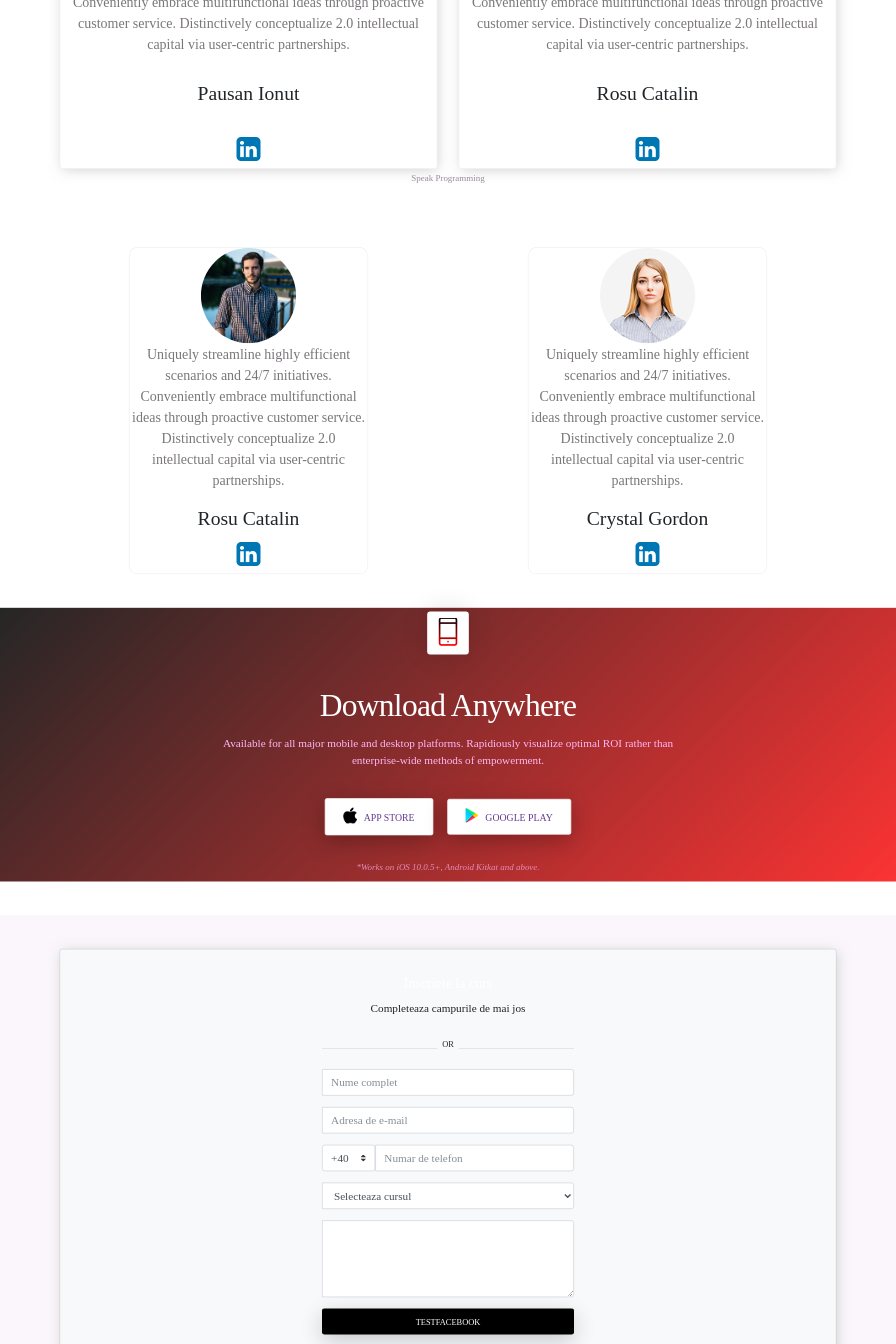
Repository: RosuCatalinDorin/ITSchool
Page: home-page/index.html
An editor plug-in stored every save of this project. The page is shown before and after the next save, followed by the edit.
The browser window is 1280 px wide. The pictures show the part of the page from y = 1705 to 3625 px (the page is 4116 px tall before and 3537 px after), at 70% of full size.
Some web libraries are served in a nearby version.

Above is the page before, as saved 2019-03-13 18:36:04.

### home-page/index.html
<!doctype html>
<html lang="en">


<head>
    <title>Speak Programming</title>
    <!-- Required meta tags -->
    <meta charset="utf-8">
    <meta name="viewport" content="width=device-width, initial-scale=1, shrink-to-fit=no">
    <meta name="description" content="Mobland - Mobile App Landing Page Template">
    <meta name="keywords" content="HTML5, bootstrap, mobile, app, landing, ios, android, responsive">
    <!-- Font -->

    <link rel="dns-prefetch" href="//fonts.googleapis.com">
     <!-- Bootstrap CSS -->
    <link rel="stylesheet" href="../css/bootstrap.min.css">
    <!-- Themify Icons -->
    <link rel="stylesheet" href="../css/themify-icons.css">
    <!-- Owl carousel -->
    <link rel="stylesheet" href="../css/owl.carousel.min.css">
    <link rel="stylesheet" href="../css/teamStyle.css">
    <link rel="stylesheet" href="../detaliiCurs/css/detalii-curs.css">
    <link rel="stylesheet" href="./home.css">



    <link rel="stylesheet" href="https://maxcdn.bootstrapcdn.com/font-awesome/4.5.0/css/font-awesome.min.css">

    <!-- Main css -->
    <link href="../css/style.css" rel="stylesheet">
    <link rel="shortcut icon" href="../images/partea_de_susLogo.png"/>
    <!-- jQuery and Bootstrap -->
    <script src="../js/jquery-3.2.1.min.js"></script>
    <script src="../js/bootstrap.bundle.min.js"></script>
    <!-- Plugins JS -->
    <script src="../js/owl.carousel.min.js"></script>
    <!-- Custom JS -->
    <script src="../js/script.js"></script>
    <script src="../js/fbLogin.js"></script>

</head>

<body data-spy="scroll" data-target="#navbar" data-offset="30">

    <!-- NAV BAR START-->
    <div class="nav-menu fixed-top">
        <div class="container">
            <div class="row">
                <div class="col-md-12">
                    <nav class="navbar navbar-dark navbar-expand-lg">
                        <a class="navbar-brand" href="index.html"><img src="../images/partea_de_susLogo.png" height="43" width="43" class="img-fluid" alt="logo"></a> <button class="navbar-toggler" type="button" data-toggle="collapse" data-target="#navbar" aria-controls="navbar" aria-expanded="false" aria-label="Toggle navigation"> <span class="navbar-toggler-icon"></span> </button>
                        <div class="collapse navbar-collapse" id="navbar">
                            <ul class="navbar-nav ml-auto">
                                <li class="nav-item"> <a class="nav-link active" href="#home">HOME <span class="sr-only">(current)</span></a> </li>
                                <li class="nav-item"> <a class="nav-link" href="#cursuri">CURSURI</a> </li>
                                <li class="nav-item"> <a class="nav-link" href="#aboutUS">DESPRE NOI</a> </li>
                                <li class="nav-item"> <a class="nav-link" href="#contact">CONTACT</a> </li>
                            </ul>
                        </div>
                    </nav>
                </div>
              </div>
         </div>
    </div>
<!-- NAV BAR END -->
    <!-- START HEADER -->
    <header  id="home">
        <div class="container mt-5">
            <h1 class="textClass"> Mesaj 1 (eu zic moto)</h1>
        </div>
        <div class="img-holder mt-3"><img src="../images/logo_partea_deJos.png" alt="phone" class="img-fluid">
            <p class="textClass">Mesaj 2 De ce am creat asta? O intrebare de genu</p>
        </div>
    </header>

    <!-- END HEADER -->

<!-- SECTIUNE CURSURI START -->
    <div class="section" id="cursuri">
        <div class="container">
            <div class="section-title">
                <small>Speak Programming</small>
                <h3>Cursuri</h3>
            </div>
            <div class="card-deck">
                <div class="card pricing">
                    <div class="card-head">
                        <small class="text-primary">FRONTEND INITIERE</small>
                        <span class="price">379 RON<sub>/4m</sub></span>
                    </div>
                    <div class="course-image-container">
                    </div>
                    <ul class="list-group list-group-flush">
                        <div class="list-group-item">3 PROIECTE</div>
                        <div class="list-group-item">HTML / CSS / JAVA-SCRIPT / GIT</div>
                    </ul>
                    <div class="card-body">
                        <a href="screens/curs.html" class="btn btn-primary btn-lg btn-block">Vezi detalii</a>
                    </div>
                </div>
                <div class="card pricing">
                    <div class="card-head">
                        <small class="text-primary">INCEPATORI</small>
                        <span class="price">1500 RON<sub>/4m</sub></span>
                    </div>
                    <div class="course-image-container">
                        </div>
                    <ul class="list-group list-group-flush">
                        <div class="list-group-item">Unlimited Projects</div>
                        <div class="list-group-item">100 GB Storage</div>
                    </ul>
                    <div class="card-body">
                        <a href="screens/curs.html" class="btn btn-primary btn-lg btn-block">Vezi detalii</a>
                    </div>
                </div>
                <div class="card pricing">
                    <div class="card-head">
                        <small class="text-primary">BACKEND INITIERE</small>
                        <span class="price">1500 RON<sub>/4m</sub></span>
                    </div>
                    <div class="course-image-container">
                        </div>
                    <ul class="list-group list-group-flush">
                        <div class="list-group-item">Unlimited Projects</div>
                        <div class="list-group-item">Unlimited Storage</div>
                    </ul>
                    <div class="card-body">
                        <a href="screens/curs.html" class="btn btn-primary btn-lg btn-block">Vezi detalii</a>
                    </div>
                </div>
            </div>
        </div>
    </div>
<!-- SECTIUNE CURSURI END -->


<!-- SECTIUNE TRAINER -->

<div class="section">
        <div class="container">
                <div class="section-title">
                    <small>Speak Programming</small>
                    <h3>Cursuri</h3>
                </div>
                <div class="card-deck">
                    <div class="card pricing">
                        <div class="card-head">
                            <img src="../images/pozaIonutPausan.jpg" class="rounded-circle" alt="Cinque Terre" width="136" height="136">
                        </div>
                        <blockquote class="blockquote text-center">Uniquely streamline highly efficient scenarios and 24/7 initiatives. Conveniently embrace multifunctional ideas through proactive customer service. Distinctively conceptualize 2.0 intellectual capital via user-centric partnerships.</blockquote>
                        <ul class="list-group list-group-flush">
                            <h5 class="mt-4 mb-2 text-center">Pausan Ionut</h5>
                        </ul>
                        <div class="card-body text-center">
                            <a href="https://www.linkedin.com/in/ionut-adrian-pausan-3a7300137/" class="btn"> <i class="fa fa-linkedin-square" style="font-size:40px; color:#0077B5"></i>  </a>
                        </div>
                    </div>
                    <div class="card pricing">
                            <div class="card-head">
                                <img src="../images/pozaIonutPausan.jpg" class="rounded-circle" alt="Cinque Terre" width="136" height="136">
                            </div>
                            <blockquote class="blockquote text-center">Uniquely streamline highly efficient scenarios and 24/7 initiatives. Conveniently embrace multifunctional ideas through proactive customer service. Distinctively conceptualize 2.0 intellectual capital via user-centric partnerships.</blockquote>
                            <ul class="list-group list-group-flush">
                                <h5 class="mt-4 mb-2 text-center">Rosu Catalin</h5>
                            </ul>
                            <div class="card-body text-center">
                                <a href="https://www.linkedin.com/in/ro%C8%99u-c%C4%83t%C4%83lin-dorin-872322112/" class="btn"> <i class="fa fa-linkedin-square" style="font-size:40px; color:#0077B5"></i>  </a>
                            </div>
                        </div>
                </div>
            </div>
</div>

<!-- SECTIUNE TRAINER -->

        <div class="container   embed-responsive">
            <div class="section-title">
                <small>Speak Programming</small>
                <h3>Trainers</h3>
            </div>
            <div class="contentTem">
                <div class="divNewTeam testimonials-single">
                    <img src="../images/pozaIonutPausan.jpg" class="rounded-circle" alt="Cinque Terre" width="136" height="136">
                    <blockquote class="blockquote">Uniquely streamline highly efficient scenarios and 24/7 initiatives. Conveniently embrace multifunctional ideas through proactive customer service. Distinctively conceptualize 2.0 intellectual capital via user-centric partnerships.</blockquote>
                    <h5 class="mt-4 mb-2">Rosu Catalin</h5>
                    <a href="https://www.linkedin.com/in/ro%C8%99u-c%C4%83t%C4%83lin-dorin-872322112/" class="btn"><i class="fa fa-linkedin-square" style="font-size:40px; color:#0077B5"></i>  </a>
                </div>
                <div class="divNewTeam testimonials-single">
                    <img src="../images/client.png" class="rounded-circle" alt="Cinque Terre" width="136" height="136">
                    <blockquote class="blockquote">Uniquely streamline highly efficient scenarios and 24/7 initiatives. Conveniently embrace multifunctional ideas through proactive customer service. Distinctively conceptualize 2.0 intellectual capital via user-centric partnerships.</blockquote>
                    <h5 class="mt-4 mb-2">Crystal Gordon</h5>
                    <a href="#" class="btn"> <i class="fa fa-linkedin-square" style="font-size:40px; color:#0077B5"></i>  </a>
                </div>
            </div>
        </div>

    <div class="section bg-gradient" id ="aboutUS">
        <div class="container">
            <div class="call-to-action">

                <div class="box-icon"><span class="ti-mobile gradient-fill ti-3x"></span></div>
                <h2>Download Anywhere</h2>
                <p class="tagline">Available for all major mobile and desktop platforms. Rapidiously visualize optimal ROI rather than enterprise-wide methods of empowerment. </p>
                <div class="my-4">
                    <a href="#" class="btn btn-light"><img src="../images/appleicon.png" alt="icon"> App Store</a>
                    <a href="#" class="btn btn-light"><img src="../images/playicon.png" alt="icon"> Google play</a>
                </div>
                <p class="text-primary"><small><i>*Works on iOS 10.0.5+, Android Kitkat and above. </i></small></p>
            </div>
        </div>

    </div>
    <!-- // end .section -->

    <div class="light-bg py-5" id="contact">
        <div class="container">
            <div class="card bg-light">
                <article class="card-body mx-auto" style="max-width: 400px;">
                    <h4 class="card-title mt-3 text-center">Inscriete la curs </h4>
                    <p class="text-center">Completeaza campurile de mai jos </p>
                    <p class="divider-text">
                        <span class="bg-light">OR</span>
                    </p>
                    <form>
                        <div class="form-group input-group">
                            <div class="input-group-prepend">
                                <span class="input-group-text"> </span>
                            </div>
                            <input name="" class="form-control" placeholder="Nume complet" type="text">
                        </div> <!-- form-group// -->
                        <div class="form-group input-group">
                            <div class="input-group-prepend">
                                <span class="input-group-text"></span>
                            </div>
                            <input name="" class="form-control" placeholder="Adresa de e-mail" type="email">
                        </div> <!-- form-group// -->
                        <div class="form-group input-group">
                            <div class="input-group-prepend">
                                <span class="input-group-text">  </span>
                            </div>
                            <select class="custom-select" style="max-width: 120px;">
                                <option selected="">+40</option>
                                <option value="1">+972</option>
                                <option value="2">+198</option>
                                <option value="3">+701</option>
                            </select>
                            <input name="" class="form-control" placeholder="Numar de telefon" type="text">
                        </div> <!-- form-group// -->
                        <div class="form-group input-group">
                            <div class="input-group-prepend">
                                <span class="input-group-text"></span>
                            </div>
                            <select class="form-control">
                                <option selected=""> Selecteaza cursul</option>
                                <option>HTML5, CSS, JAVA-SCRIPT</option>
                                <option>MySQL,PHP</option>
                            </select>

                        </div> <!-- form-group end.// -->
                        <div class="form-group input-group">
                            <div class="input-group-prepend">
                                <span class="input-group-text">  </span>
                            </div>
                            <textarea  class="form-control"  rows="4" cols="50"></textarea>
                        </div> <!-- form-group// -->
                        <div class="form-group">
                            <button type="submit" class="btn btn-primary btn-block"> TestFAcebook  </button>
                        </div> <!-- form-group// -->
                    </form>
                </article>
            </div> <!-- card.// -->

        </div>

    </div>
    <!-- // end .section -->

    <!-- START FOOTER -->
    <footer class="footer">
            <div class="footer-container">
                <div class="footer-row">
                    <div class="social-media">
                        <h1>Contacteaza-ne pe:</h1>
                        <p class="social-media-paragraph">Speak programming:
                            <span>contact@speakprogramming.ro</span>
                        </p>
                        <p class="social-media-paragraph">Facebook:
                            <span>contact@speakprogramming.ro</span>
                        </p>
                        <div class="social-media-icons">

                        </div>
                        <p>Adresa</p>
                    </div>

                    <div class="contact-form">
                        <h1>Email us:</h1>
                        <label for="email">Email</label>
                        <input type="text" name="email" value="" class="form-control input-lg input-space" placeholder="Your Email"/>

                        <label for="mesaj">Scrie-ne un mesaj</label>
                        <textarea type="text" name="mesaj" value="" class="input-space form-control input-lg" placeholder="Mesaj..."/></textarea>
                        <button class="btn submit-button-footer">Submit</button>
                    </div>
                </div>


                <p class="copyright-message text-center"><small>COPYRIGHT © 2017. ALL RIGHTS RESERVED BY <a href="">SPEAK PROGRAMMING</a></small></p>
                <!-- <small class="copyright-message text-center footer-links">
                    <a href="#" class="m-2"></a>
                    <a href="#" class="m-2"></a>
                    <a href="#" class="m-2"></a>
                </small> -->
            </div>
        </footer>
</body>

</html>

### css/teamStyle.css
.divNewTeam{
    border: 1px solid #f1eef1;
    width: 30%;
    border-radius: 3%;
}
.contentTem{
    display: flex;
}
@media only screen and (max-width: 600px){
    .contentTem{
        display: block;
        margin-top: 50px;
    }
}

### home-page/home.css
.card{
    -webkit-box-shadow: 2px 3px 18px -2px rgba(186,186,186,0.68);
    -moz-box-shadow: 2px 3px 18px -2px rgba(186,186,186,0.68);
    box-shadow: 2px 3px 18px -2px rgba(186,186,186,0.68);
}

.course-image-container {
    width: 100%;
    height: 30%;
    content: url("../images/headerbk.jpg");
}

Loaded but not shown: css/bootstrap.min.css (library); css/themify-icons.css (common file); css/owl.carousel.min.css (library); js/jquery-3.2.1.min.js (library); js/bootstrap.bundle.min.js (library); js/owl.carousel.min.js (library); js/script.js (112 lines, source omitted); js/fbLogin.js (68 lines, source omitted); css/style.css (703 lines, source omitted); detaliiCurs/css/detalii-curs.css (451 lines, source omitted)

After the next save:
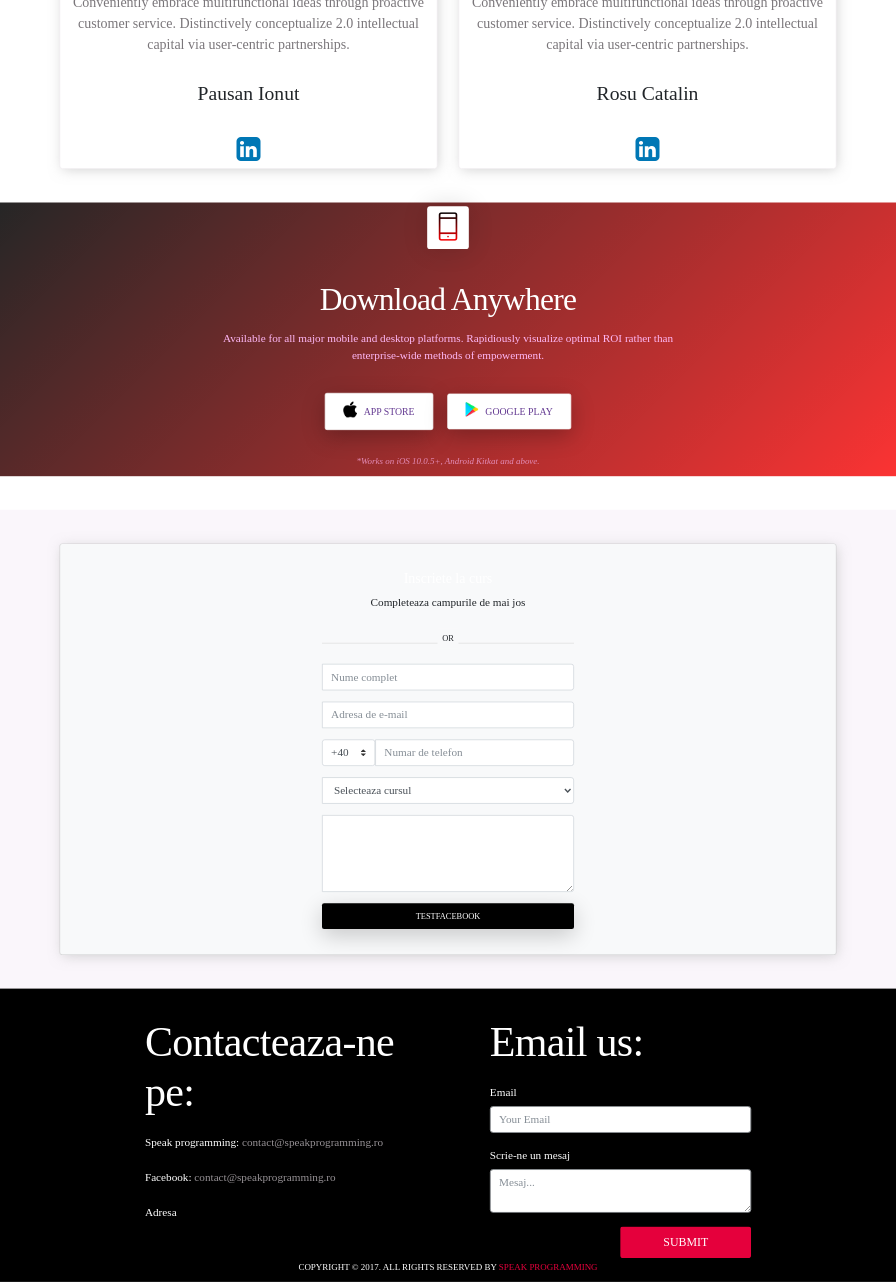
Saved 7 s later.
--- a/home-page/index.html
+++ b/home-page/index.html
@@ -173,26 +173,7 @@
 
 <!-- SECTIUNE TRAINER -->
 
-        <div class="container   embed-responsive">
-            <div class="section-title">
-                <small>Speak Programming</small>
-                <h3>Trainers</h3>
-            </div>
-            <div class="contentTem">
-                <div class="divNewTeam testimonials-single">
-                    <img src="../images/pozaIonutPausan.jpg" class="rounded-circle" alt="Cinque Terre" width="136" height="136">
-                    <blockquote class="blockquote">Uniquely streamline highly efficient scenarios and 24/7 initiatives. Conveniently embrace multifunctional ideas through proactive customer service. Distinctively conceptualize 2.0 intellectual capital via user-centric partnerships.</blockquote>
-                    <h5 class="mt-4 mb-2">Rosu Catalin</h5>
-                    <a href="https://www.linkedin.com/in/ro%C8%99u-c%C4%83t%C4%83lin-dorin-872322112/" class="btn"><i class="fa fa-linkedin-square" style="font-size:40px; color:#0077B5"></i>  </a>
-                </div>
-                <div class="divNewTeam testimonials-single">
-                    <img src="../images/client.png" class="rounded-circle" alt="Cinque Terre" width="136" height="136">
-                    <blockquote class="blockquote">Uniquely streamline highly efficient scenarios and 24/7 initiatives. Conveniently embrace multifunctional ideas through proactive customer service. Distinctively conceptualize 2.0 intellectual capital via user-centric partnerships.</blockquote>
-                    <h5 class="mt-4 mb-2">Crystal Gordon</h5>
-                    <a href="#" class="btn"> <i class="fa fa-linkedin-square" style="font-size:40px; color:#0077B5"></i>  </a>
-                </div>
-            </div>
-        </div>
+
 
     <div class="section bg-gradient" id ="aboutUS">
         <div class="container">
